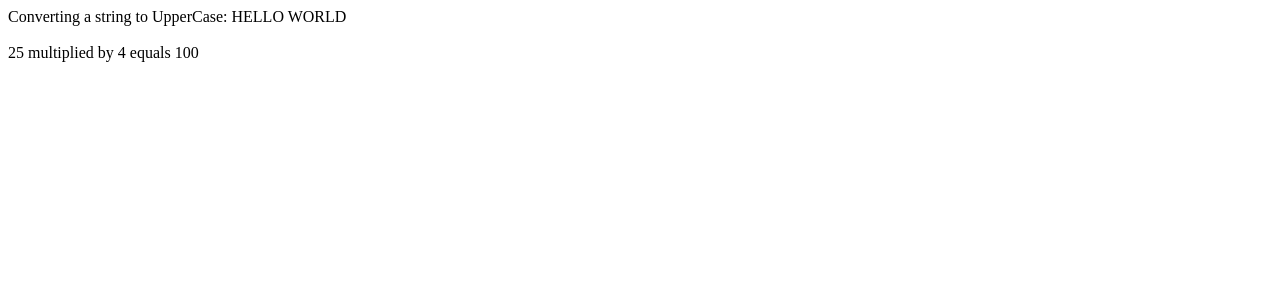
Repository: minnukanch/Spring-learners-code
Page: http://localhost/jspdemo/expression-test.jsp
An editor plug-in stored every save of this project. The page is shown before and after the next save, followed by the edit.
The browser window is 1280 px wide. The pictures show the whole page.
The page is served by Tomcat 9.

Above is the page before, as saved 2019-09-24 22:36:56.

After the next save:
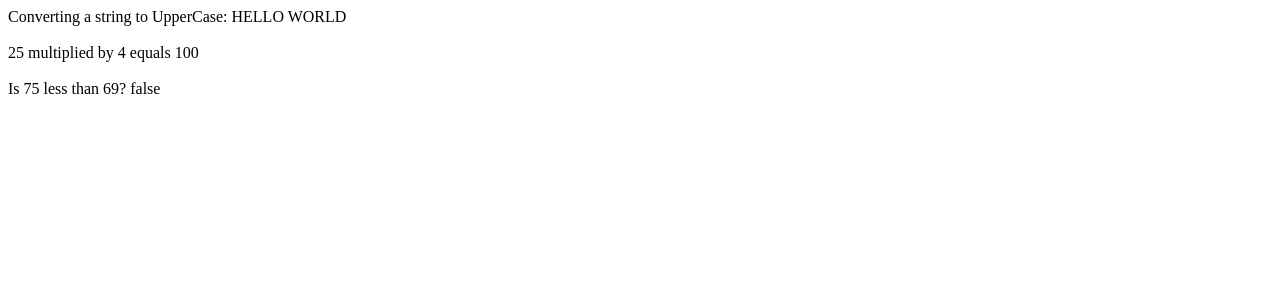
Saved 101 s later.
--- a/jspdemo/WebContent/expression-test.jsp
+++ b/jspdemo/WebContent/expression-test.jsp
@@ -3,9 +3,14 @@
 <body>
 
 Converting a string to UpperCase: <%= new String("Hello World").toUpperCase() %>
+
 <br/><br/>
 
 25 multiplied by 4 equals <%= 25*4 %>
+
+<br/><br/>
+
+Is 75 less than 69? <%= 75 < 69 %>
 
 
 </body>
